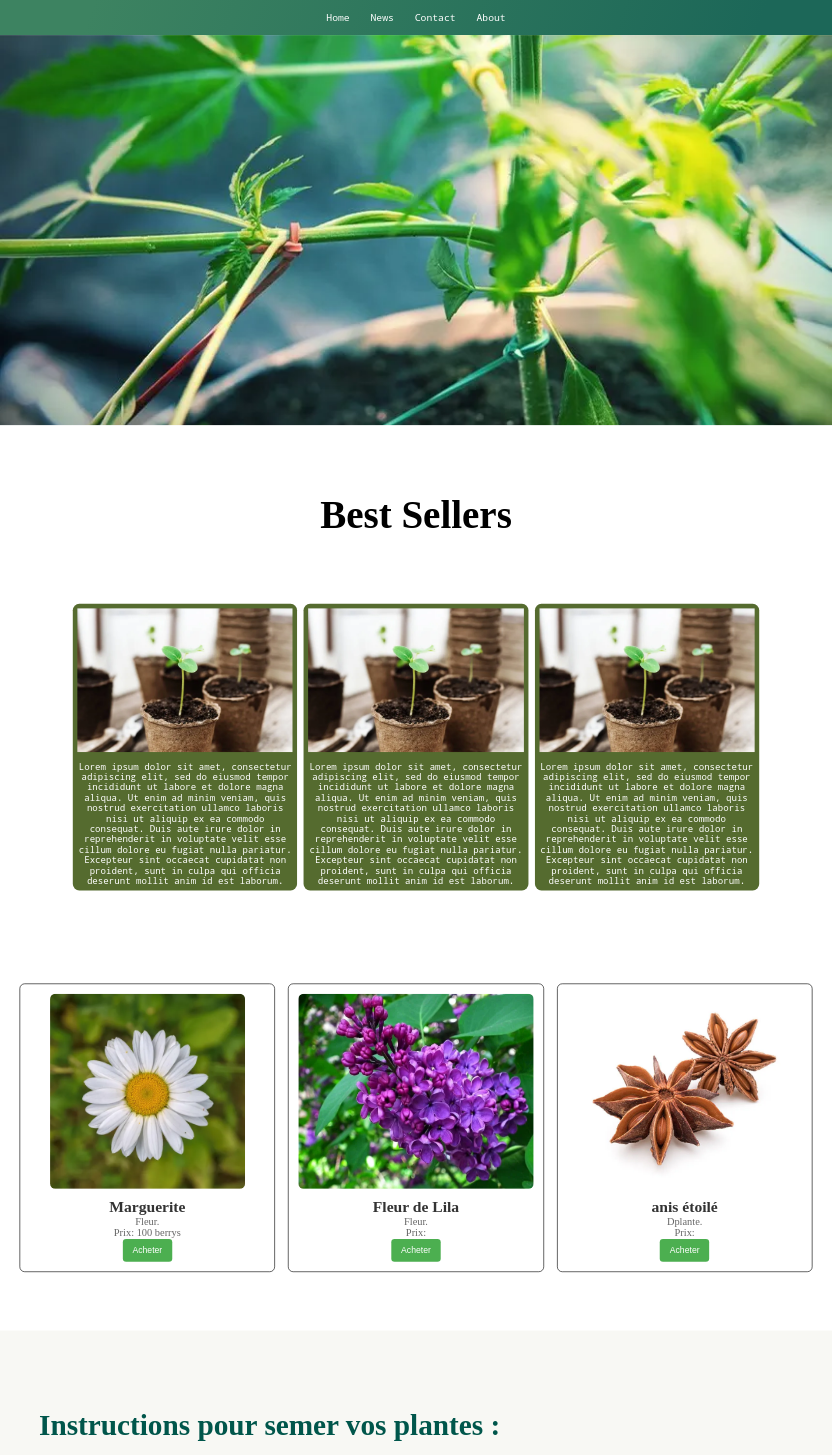
Repository: Flexo874/ISITECH-HTML-CSS
Page: index.html
An editor plug-in stored every save of this project. The page is shown before and after the next save, followed by the edit.
The browser window is 1280 px wide. The pictures show the whole page, at 65% of full size.

Above is the page before, as saved 2024-01-03 09:46:52.

After the next save:
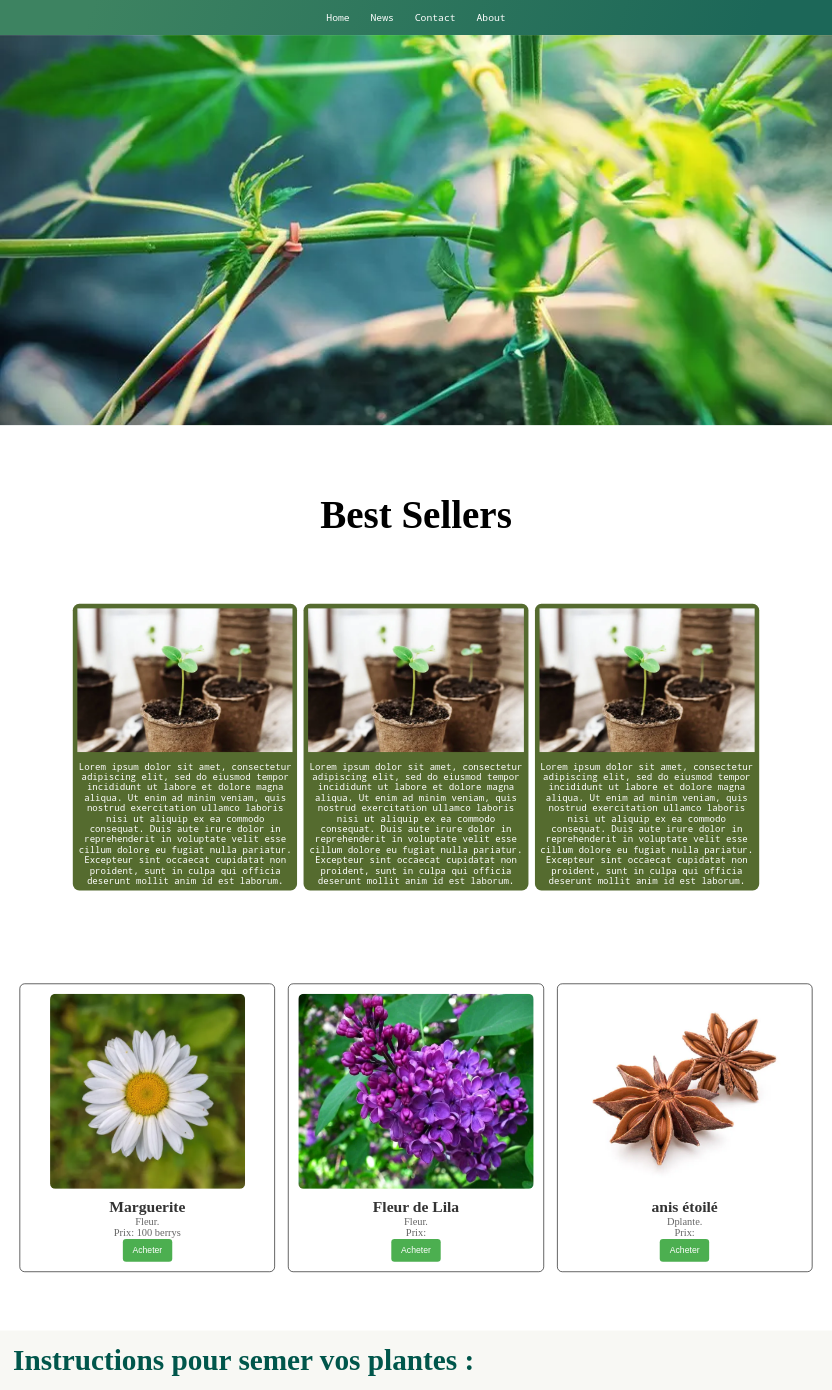
Saved 110 s later.
--- a/instructions.css
+++ b/instructions.css
@@ -5,10 +5,7 @@
     background-color:#F8F8F4;
 }
  .titre {
-    padding: 40px;
-  padding-bottom: 0;
-  margin-bottom: 0;
-  margin-top: 60px;
+
   text-align: center;
   font-weight: bold;
   color:#00564B;
